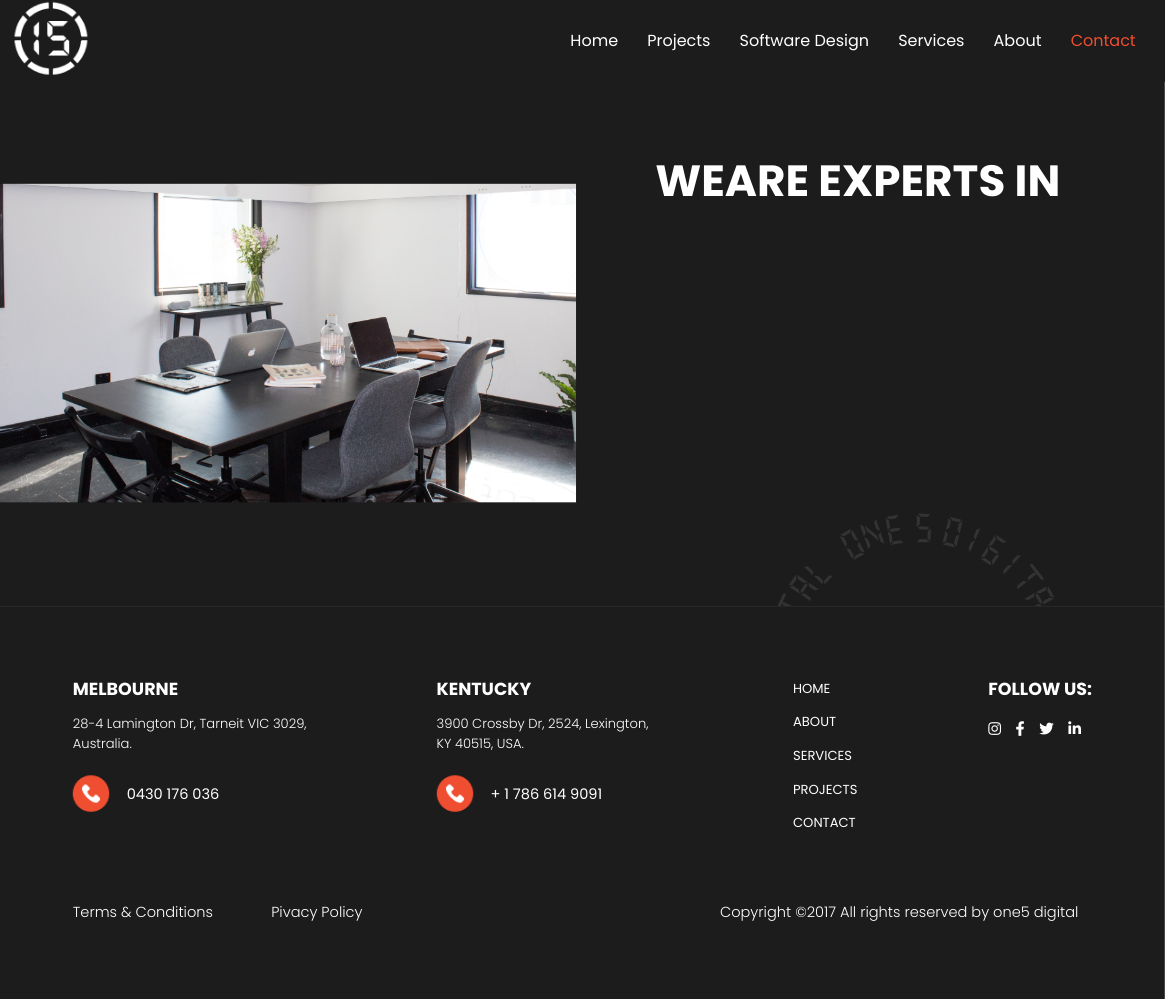
Repository: gopalpurohit54/one5
Page: /Contact
An editor plug-in stored every save of this project. The page is shown before and after the next save, followed by the edit.
The browser window is 1280 px wide. The pictures show the whole page, at 91% of full size.
The project was rebuilt for these pictures with package versions that can differ from the ones it lists, and the page was loaded fresh each time. Also part of the build but not shown: src/components/Button.js, src/components/HeroSection.css, src/components/HeroSection.js, src/components/OurProjects.css, src/components/OurProjects.js, src/components/OurServices.js, src/components/AboutUs.css, src/components/AboutUs.js and 30 more.

Above is the page before, as saved 2021-06-22 13:40:44.

After the next save:
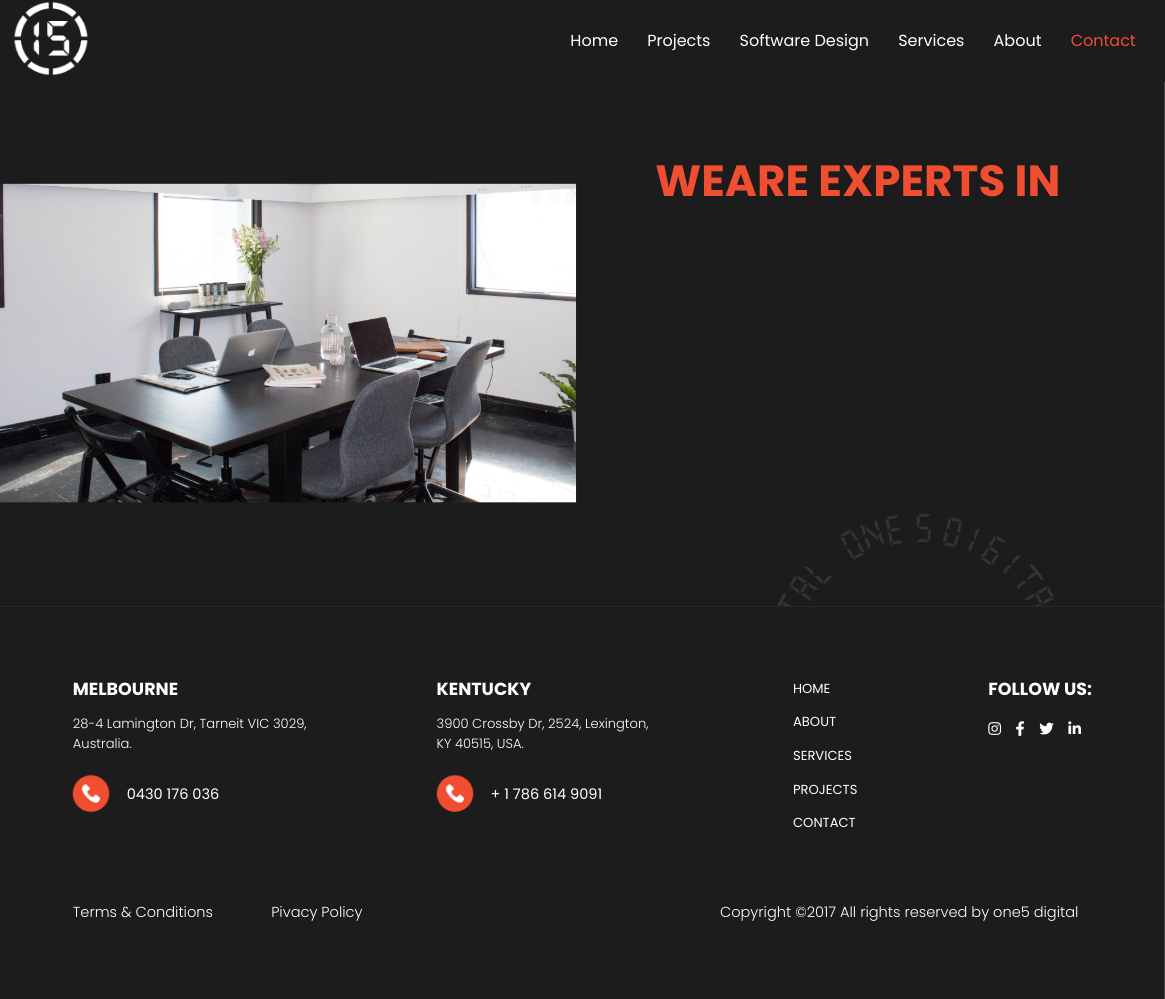
Saved 61 s later.
--- a/src/components/ContactPage.css
+++ b/src/components/ContactPage.css
@@ -11,7 +11,7 @@
     margin-bottom: 2rem;
     font-size: 3rem;
     line-height: 1.2;
-    color: #fff;
+    color: #F04E31;
 }
 
 .contactpage h6 {
